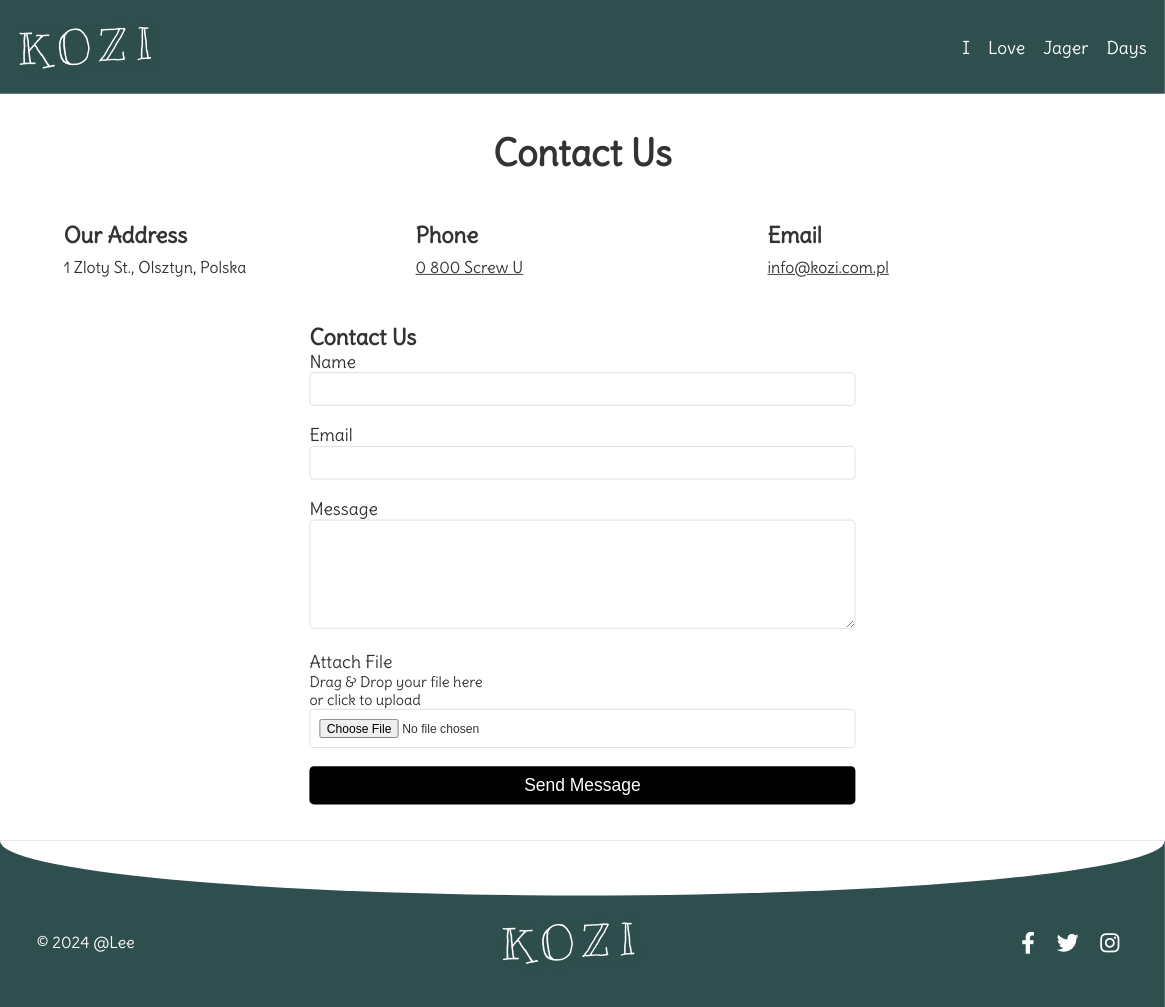
Repository: leerichie/kozi
Page: index.html
An editor plug-in stored every save of this project. The page is shown before and after the next save, followed by the edit.
The browser window is 1280 px wide. The pictures show the whole page, at 91% of full size.

Above is the page before, as saved 2024-10-24 20:07:42.

After the next save:
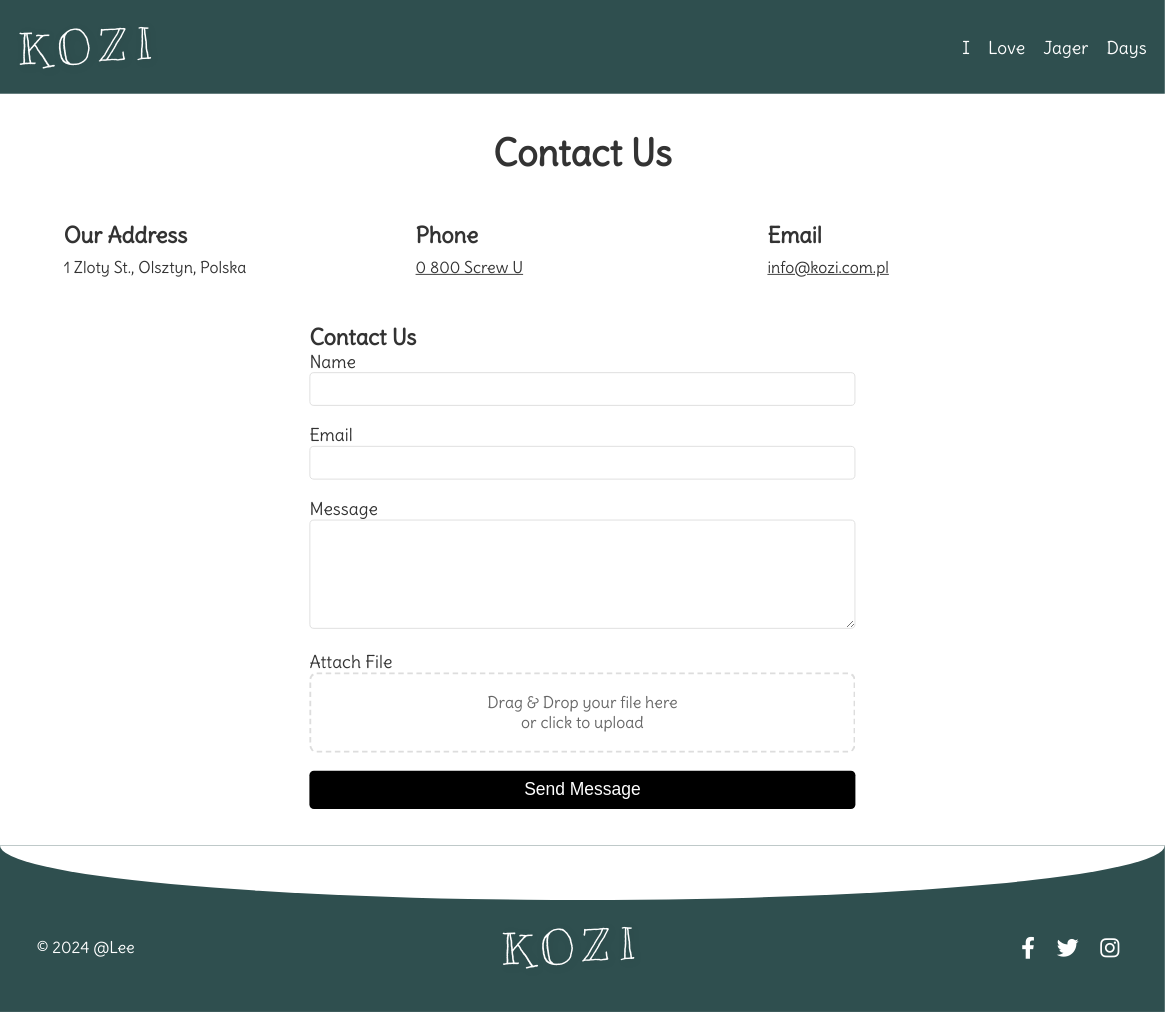
Saved 33 s later.
--- a/css/styles.css
+++ b/css/styles.css
@@ -243,6 +243,31 @@ textarea {
 .submit-btn:hover {
   background-color: #f4a261;
 }
+/* File Drop Area Styling */
+.file-drop-area {
+  width: 100%;
+  padding: 20px;
+  border: 2px dashed #ddd;
+  border-radius: 8px;
+  background-color: #fff;
+  text-align: center;
+  transition: border-color 0.3s ease;
+  cursor: pointer;
+}
+
+.file-drop-area:hover,
+.file-drop-area.dragging {
+  border-color: #f4a261;
+}
+
+.file-message {
+  font-size: 1.1rem;
+  color: #666;
+}
+
+.file-input {
+  display: none;
+}
 
 /* Footer Styling */
 .footer {
